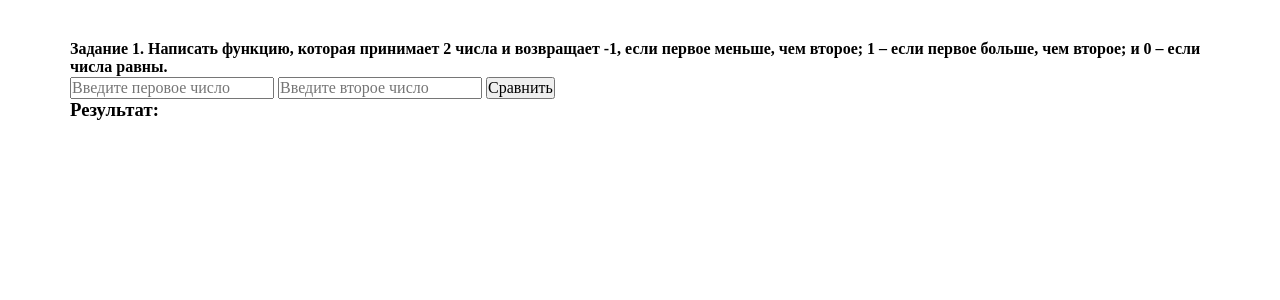
Repository: NastyaGavrilova/Beetroot-js
Page: HW3/index.html
The author's editor kept a copy of each file at every save. The page is drawn from the files as they stood at one save, then again after the next save.
The browser window is 1280 px wide. The pictures show the whole page.

Above is the page before, as saved 2021-10-18 14:09:13.

After the next save:
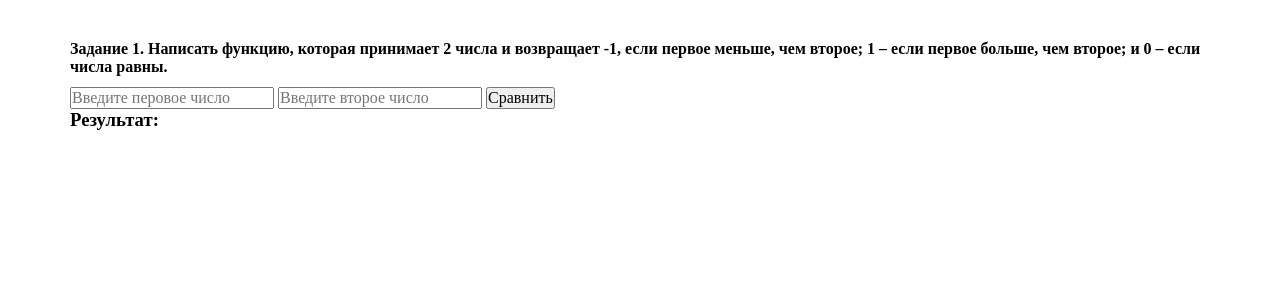
Saved 53 s later.
--- a/HW3/index.css
+++ b/HW3/index.css
@@ -11,3 +11,7 @@ body {
 .c-task-one {
   padding: 40px 30px;
 }
+
+.c-task-one__title {
+  margin-bottom: 10px;
+}
